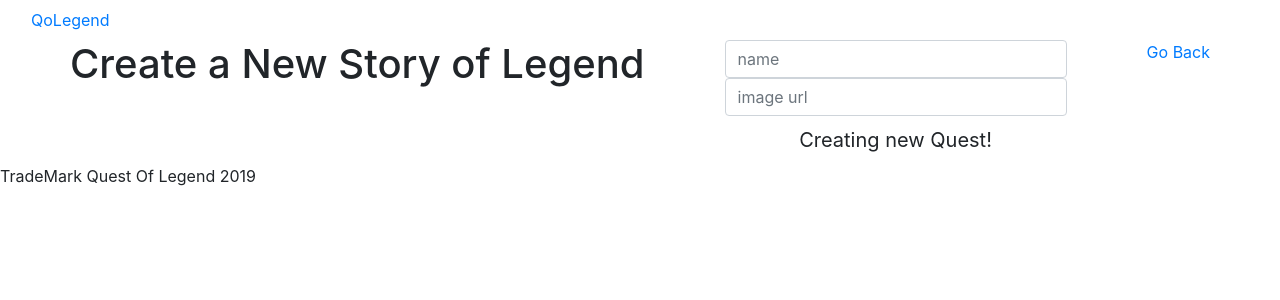
Repository: Hoangvo92/aws-program
Page: http://localhost/quests/new
The author's editor kept a record of every edit. The page is drawn from the files as they stood at one moment, then again after the next edit.
The browser window is 1280 px wide. The pictures show the whole page.
The page is served by the project's Node server (quests-of-legend/app.js).

Above is the page before.

After the next edit:
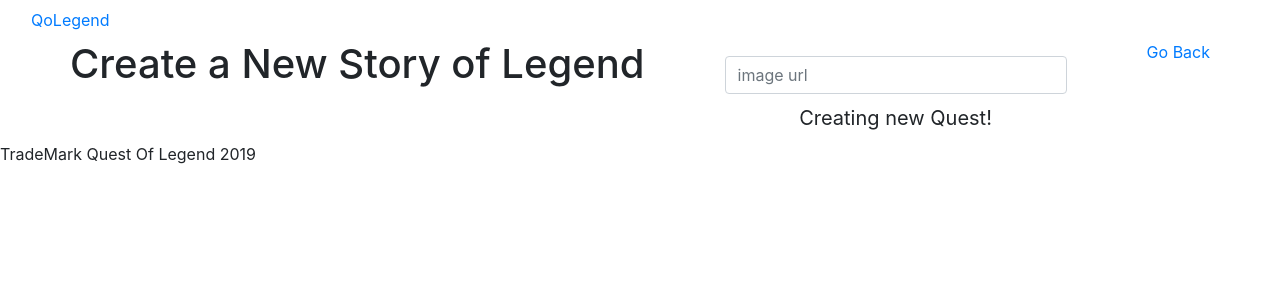
The edit:
--- a/quests-of-legend/views/new.ejs
+++ b/quests-of-legend/views/new.ejs
@@ -4,7 +4,10 @@
         <h1>Create a New Story of Legend</h1>
         <div style="width: 30%; margin: 0 auto">
           <form action="/quests" method="POST">
-             <input class="form-control" type="text" name="name" placeholder="name">
+              <div class="form-group">
+
+              </div>
+
              <input class="form-control" type="text" name="image" placeholder="image url">
              <button class="btn btn-lg btn-default btn-block">Creating new Quest!</button>
           </form>
